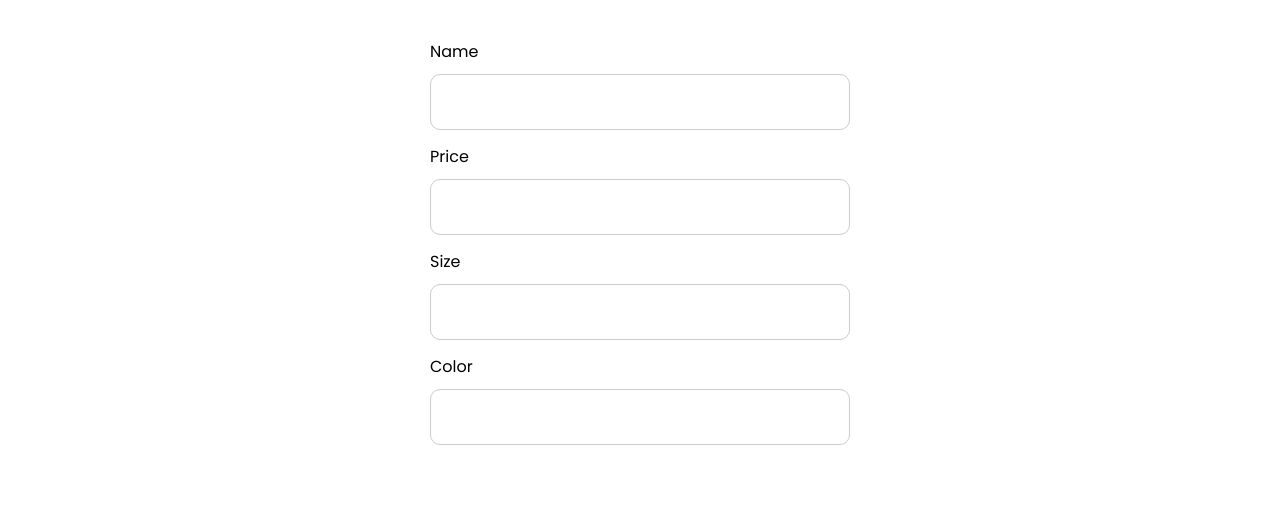
Repository: hoang0508/ReactJsHoiDanIT
Page: /form
The author's editor kept a copy of each file at every save. The page is drawn from the files as they stood at one save, then again after the next save.
The browser window is 1280 px wide. The pictures show the whole page.
The project was rebuilt for these pictures with package versions that can differ from the ones it lists, and the page was loaded fresh each time.

Above is the page before, as saved 2022-02-15 10:01:20.

### public/index.html
<!DOCTYPE html>
<html lang="en">
  <head>
    <meta charset="utf-8" />
    <link rel="icon" href="%PUBLIC_URL%/favicon.ico" />
    <meta name="viewport" content="width=device-width, initial-scale=1" />
    <meta name="theme-color" content="#000000" />
    <meta
      name="description"
      content="Web site created using create-react-app"
    />
    <link rel="apple-touch-icon" href="%PUBLIC_URL%/logo192.png" />
    <!--
      manifest.json provides metadata used when your web app is installed on a
      user's mobile device or desktop. See https://developers.google.com/web/fundamentals/web-app-manifest/
    -->
    <link rel="manifest" href="%PUBLIC_URL%/manifest.json" />
    <!--
      Notice the use of %PUBLIC_URL% in the tags above.
      It will be replaced with the URL of the `public` folder during the build.
      Only files inside the `public` folder can be referenced from the HTML.

      Unlike "/favicon.ico" or "favicon.ico", "%PUBLIC_URL%/favicon.ico" will
      work correctly both with client-side routing and a non-root public URL.
      Learn how to configure a non-root public URL by running `npm run build`.
    -->
    <link rel="preconnect" href="https://fonts.googleapis.com" />
    <link rel="preconnect" href="https://fonts.gstatic.com" crossorigin />
    <link
      href="https://fonts.googleapis.com/css2?family=Poppins:ital,wght@0,300;0,400;0,500;0,600;0,700;1,600&family=Red+Hat+Display:wght@300;400;500;600;700&display=swap"
      rel="stylesheet"
    />
    <title>React App</title>
  </head>
  <body>
    <noscript>You need to enable JavaScript to run this app.</noscript>
    <div id="root"></div>
    <!--
      This HTML file is a template.
      If you open it directly in the browser, you will see an empty page.

      You can add webfonts, meta tags, or analytics to this file.
      The build step will place the bundled scripts into the <body> tag.

      To begin the development, run `npm start` or `yarn start`.
      To create a production bundle, use `npm run build` or `yarn build`.
    -->
  </body>
</html>

### src/index.css
body {
  margin: 0;
  font-family: "Poppins", sans-serif;
  font-size: 16px;
  -webkit-font-smoothing: antialiased;
  -moz-osx-font-smoothing: grayscale;
}

code {
  font-family: source-code-pro, Menlo, Monaco, Consolas, "Courier New",
    monospace;
}

### src/App.js
// import logo from "./logo.svg";
import "./App.css";
import AddNewProduct from "./components/Form/AddNewProduct";
// import Home from "./components/TodoApp/Home";

const App = () => {
  return (
    <>
      <AddNewProduct />
    </>
  );
};

export default App;

### src/App.css
*,
*::before,
*::after {
  box-sizing: border-box;
}
body,
h1,
h2,
h3,
h4,
h5,
h6,
p,
figure,
picture {
  margin: 0;
}
body {
  min-height: 100vh;
  line-height: 1.5;
}
input,
button,
select,
textarea {
  font: inherit;
}
img,
picture {
  display: block;
  max-width: 100%;
}
/* remove animation for people who've turned them off */
@media (prefers-reduced-motion: reduce) {
  *,
  *::before,
  *::after {
    animation-duration: 0.01ms !important;
    animation-iteration-count: 1 !important;
    transition-duration: 0.01ms !important;
    scroll-behavior: auto !important;
  }
}

### src/components/Form/AddNewProduct.js
import React from "react";
import "./AddNewProduct.scss";
const AddNewProduct = () => {
  return (
    <form className="form">
      <div className="form-group">
        <label className="form-label" htmlFor="name">
          Name
        </label>
        <input type="text" className="form-input" />
      </div>
      <div className="form-group">
        <label className="form-label" htmlFor="price">
          Price
        </label>
        <input type="text" className="form-input" />
      </div>
      <div className="form-group">
        <label className="form-label" htmlFor="name">
          Size
        </label>
        <input type="text" className="form-input" />
      </div>
      <div className="form-group">
        <label className="form-label" htmlFor="name">
          Color
        </label>
        <input type="text" className="form-input" />
      </div>
    </form>
  );
};

export default AddNewProduct;

### src/components/Form/AddNewProduct.scss
.form {
  max-width: 500px;
  width: 100%;
  padding: 40px;
  margin: 0 auto;
  &-group {
    display: flex;
    flex-direction: column;
    gap: 10px;
    margin-bottom: 15px;
  }
  &-input {
    border: 1px solid #ccc;
    padding: 15px;
    border-radius: 10px;
    outline: none;
  }
}

Loaded but not shown: src/index.js (common file); src/reportWebVitals.js (common file)

After the next save:
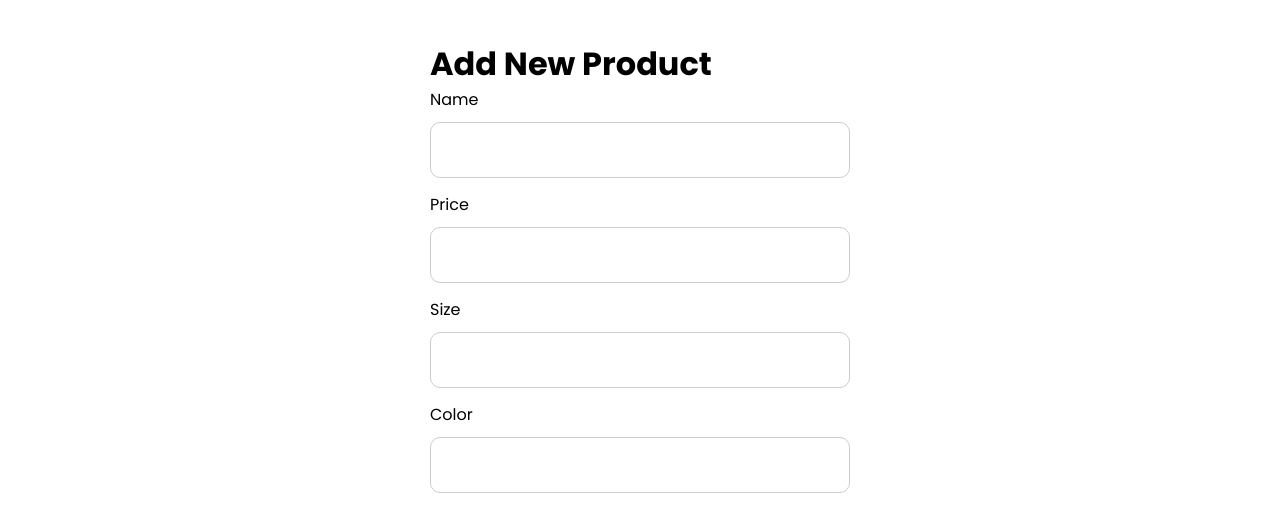
Saved 25 s later.
--- a/src/components/Form/AddNewProduct.js
+++ b/src/components/Form/AddNewProduct.js
@@ -3,6 +3,7 @@ import "./AddNewProduct.scss";
 const AddNewProduct = () => {
   return (
     <form className="form">
+      <h1>Add New Product</h1>
       <div className="form-group">
         <label className="form-label" htmlFor="name">
           Name
